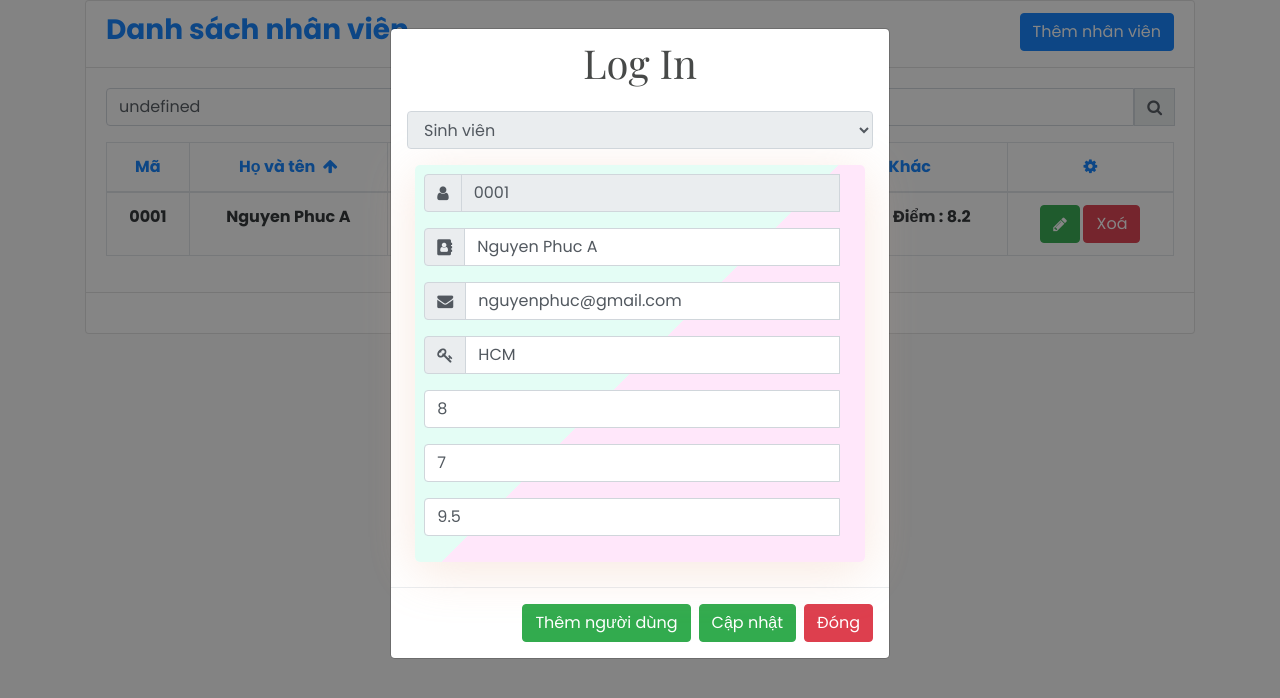
Repository: maitan0705/es6_oop
Page: index.html
These files come from the project's save history. The page is drawn as it stood at one moment and after the next save; the edit follows.
The browser window is 1280 px wide. The pictures show the whole page.
Empty fields were first filled with sample values (such as "Sample", 5 or name@example.com).
After loading, the first visible `button.fa` was clicked once.
Some web fonts or font styles are not loaded; a fallback is used.

Above is the page before, as saved 2023-04-12 09:13:44.

After the next save:
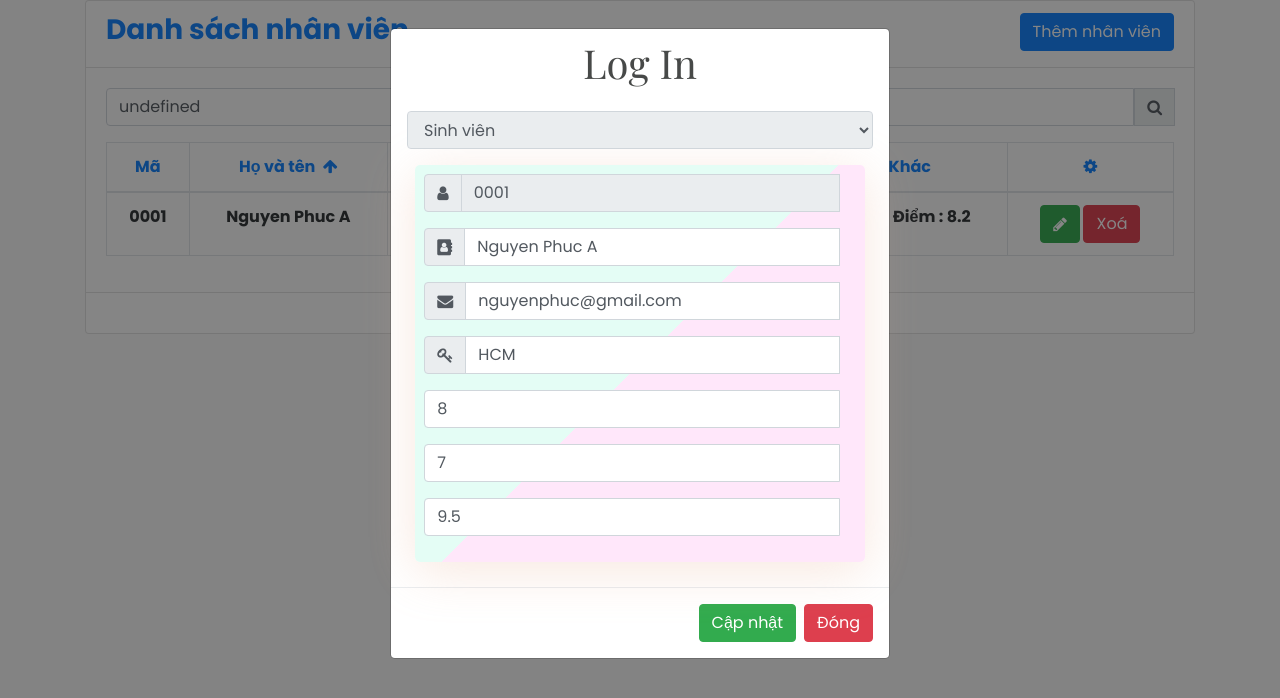
Saved 43 s later.
--- a/controllers/index.js
+++ b/controllers/index.js
@@ -100,4 +100,5 @@ window.suaDoiTuong =  (ma) =>{
   }
   document.querySelector('#ma').disabled = 'false';
   document.querySelector("#doiTuong").disabled = 'false'
+  document.querySelector('#btnThemNV').style.display = 'none';
 }
